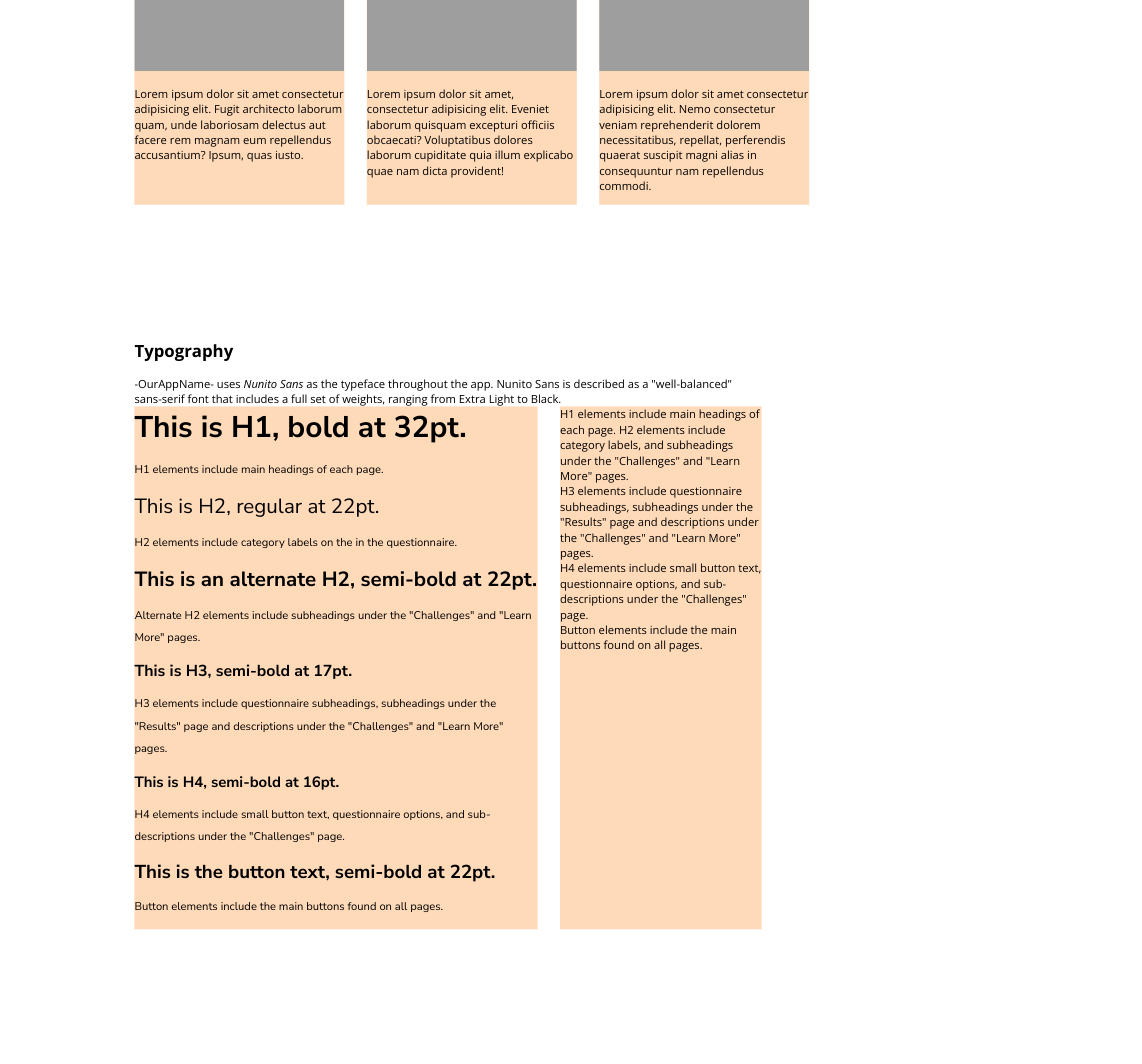
Repository: seohyun9672/Timearth-A6Styleguide
Page: page2.html
The author's editor kept a copy of each file at every save. The page is drawn from the files as they stood at one save, then again after the next save.
The browser window is 1280 px wide. The page is 1632 px wide, so the pictures cover 1632 px, including what lies to the right of the window. The pictures show the part of the page from y = 1331 to 2851 px (the page is 2851 px tall before and 2751 px after), at 70% of full size.
Pictures or frames that could not be fetched are drawn as grey boxes.

Above is the page before, as saved 2022-03-20 20:17:35.

After the next save:
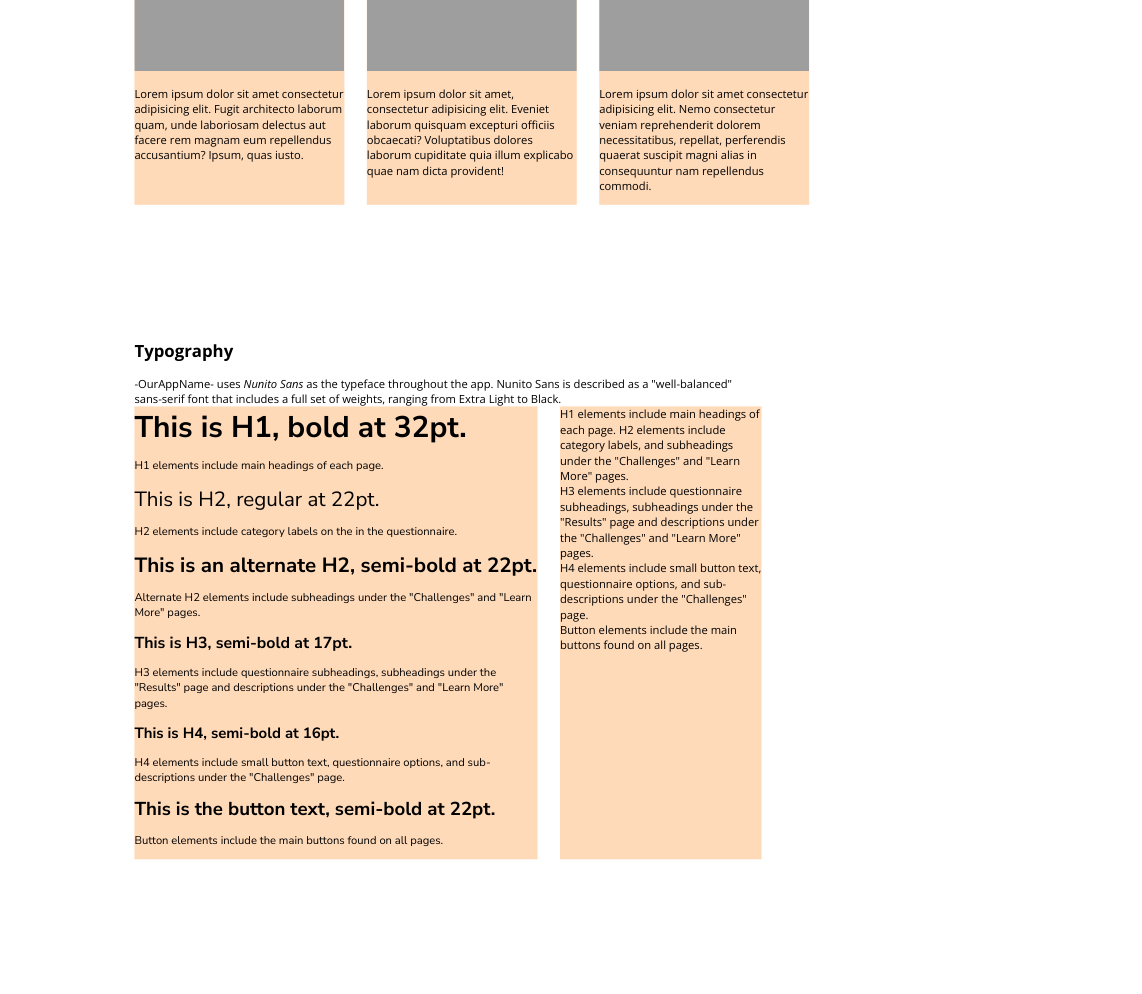
Saved 8 s later.
--- a/stylesheet.css
+++ b/stylesheet.css
@@ -136,6 +136,3 @@ li a:hover {
     font-size:20pt;
     font-weight:bolder;
 }
-.desc {
-    line-height:2em;
-}
